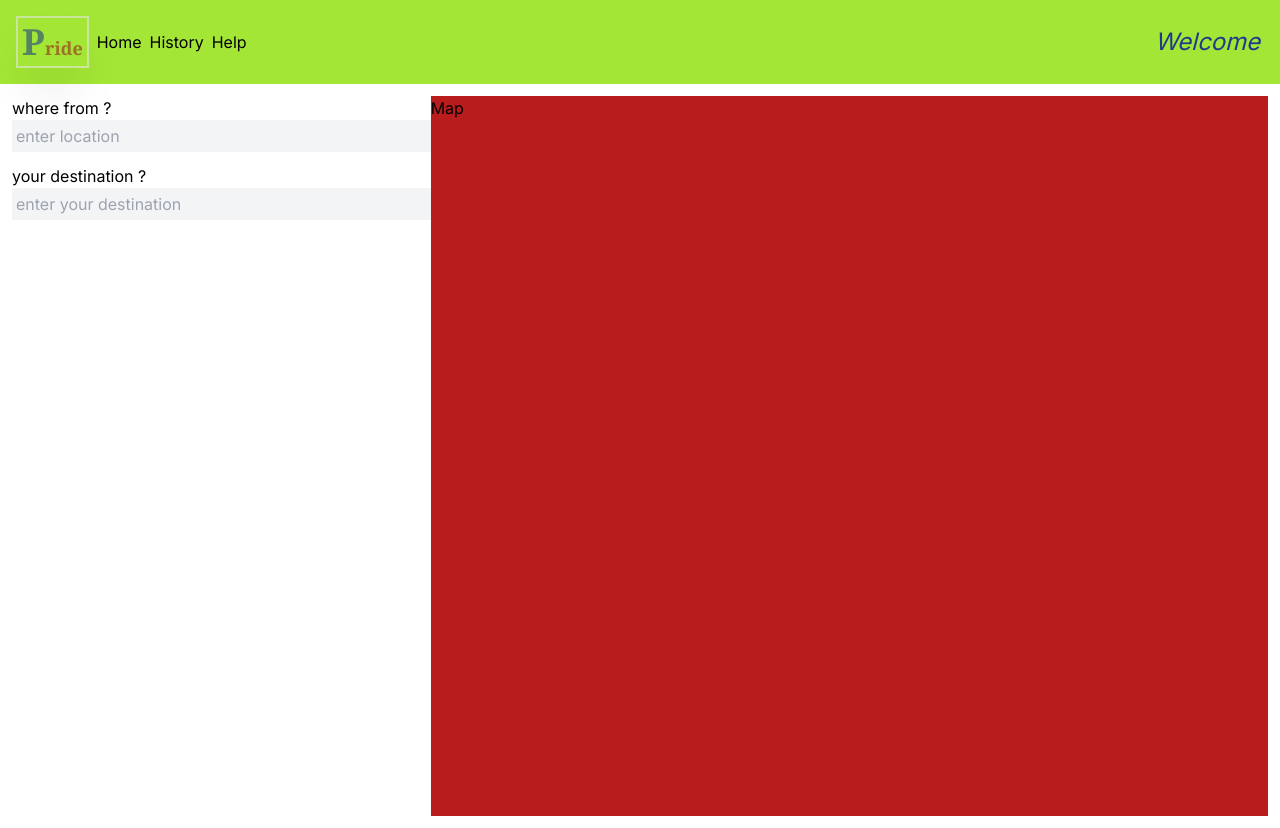
Repository: Semanmernstack/uber-mapbox
Page: /
An editor plug-in stored every save of this project. The page is shown before and after the next save, followed by the edit.
The browser window is 1280 px wide. The pictures show the whole page.
The page's requests for data from a server got no answer. The project was rebuilt for these pictures with package versions that can differ from the ones it lists, and the page was loaded fresh each time. Some packages were replaced by stand-ins written for this rebuild. The framework's server and built-in components were replaced by stand-ins that run in the browser. No one was signed in, and anything a server would have sent is missing. Also part of the build but not shown: next.config.js.

Above is the page before, as saved 2023-08-15 07:22:06.

### app/layout.tsx
import './globals.css'
import type { Metadata } from 'next'
import { Inter } from 'next/font/google'
import Nav from './components/Nav'
import { ClerkProvider } from '@clerk/nextjs'

const inter = Inter({ subsets: ['latin'] })

export const metadata: Metadata = {
  title: 'Create Next App',
  description: 'Generated by create next app',
}

export default function RootLayout({
  children,
}: {
  children: React.ReactNode
}) {
  return (
    <ClerkProvider>
      <html lang="en">
        <body className={inter.className}> <Nav/>  {children}</body>
      </html>
    </ClerkProvider>
  )
}

### app/page.tsx
import Image from 'next/image'
import Booking from './components/Booking'
import Map from './components/Map'

export default function Home() {
  return (
    <main className="p-3 gap ">
      <div className="grid grid-cols-1 md:grid-cols-3 ">
        <div className="">
          <Booking/>

        </div>
        <div className=" bg-red-700 col-span-2">
          <Map/>
        </div>
      </div>
    </main>
  )
}

### app/components/Nav.tsx
import { UserButton, currentUser } from '@clerk/nextjs'
import React from 'react'

async function Nav() {
    const user = await currentUser()
  return (
    <div className="flex items-center justify-between p-4 bg-lime-400">
        <div className="flex items-center gap-2">

            <h1 className="font-extrabold shadow-2xl border-gray-200 border-2 p-1 font-serif text-2xl md:text-3xl lg:text-4xl animate-pulse text-blue-900">P<span className="text-lg animate-none font-bold text-red-800">ride</span></h1>
            <h2>Home</h2>
            <h2>History</h2>
            <h2>Help</h2>

        </div>
        <div className="flex gap-1 items-center">
            <h1 className="text-2xl text-blue-900 italic">Welcome</h1>
            <h1 className='hidden md:inline-flex'>{user?.firstName}</h1>
            <UserButton/>
        </div>
    </div>
  )
}

export default Nav

### app/components/Booking.tsx
import React from 'react'
import BookingInput from './BookingInput'

function Booking() {
  return (
    <div className="">
        <BookingInput/>
    </div>
  )
}

export default Booking

### app/components/Map.tsx
import React from 'react'

function Map() {
  return (
    <div className="h-screen">Map</div>
  )
}

export default Map

### app/components/BookingInput.tsx
"use client"

import React, { useState } from 'react'

function BookingInput() {
    const [where, setWhere] = useState<any>()
    const [to, setTo] = useState<any>()
  return (
    <div className="flex flex-col gap-3">
        <div>
            <label> where from ?</label>
            <input type="text" placeholder='enter location'
                value={where}
                onChange={(e) => setWhere(e.target.value)}
                className="border-1 w-full outline-none bg-gray-100 focus:border-gray-700 p-1"
            />
        </div>

        <div>
            <label> your destination ?</label>

            <input type="text" placeholder='enter your destination'
                value={to}
                onChange={(e) => setTo(e.target.value)}
                className="border-1 w-full outline-none bg-gray-100 focus:border-gray-700 p-1"
            />
        </div>
    </div>
  )
}

export default BookingInput

Loaded but not shown: app/globals.css (common file); tailwind.config.ts (common file)

After the next save:
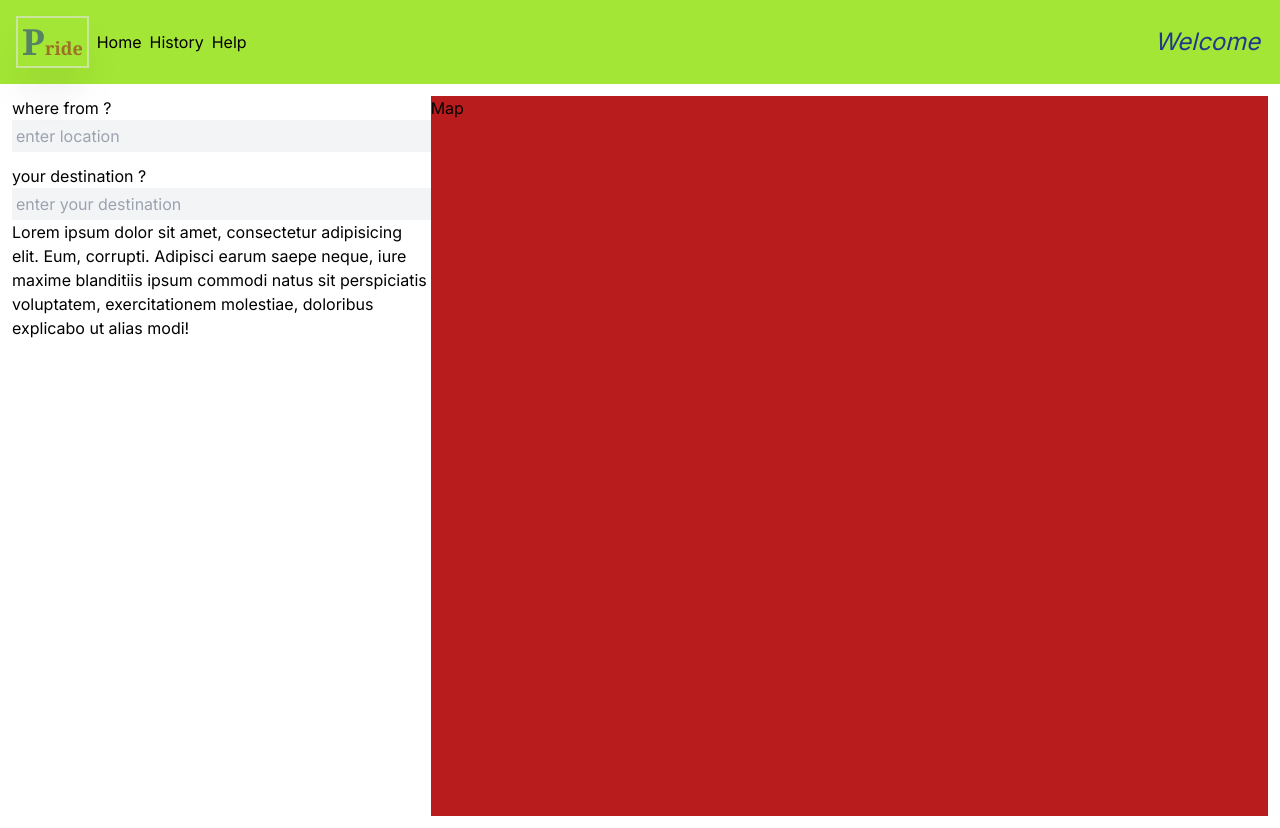
Saved 63 s later.
--- a/app/components/Booking.tsx
+++ b/app/components/Booking.tsx
@@ -5,6 +5,7 @@
   return (
     <div className="">
         <BookingInput/>
+        <h1>Lorem ipsum dolor sit amet, consectetur adipisicing elit. Eum, corrupti. Adipisci earum saepe neque, iure maxime blanditiis ipsum commodi natus sit perspiciatis voluptatem, exercitationem molestiae, doloribus explicabo ut alias modi!</h1>
     </div>
   )
 }
